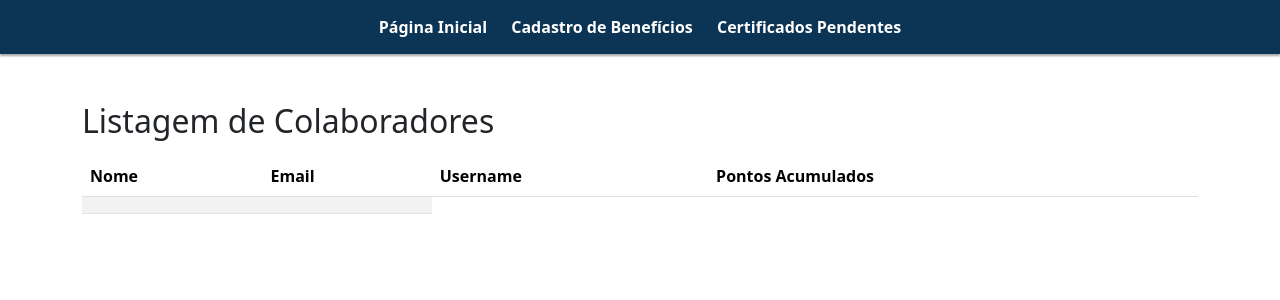
Repository: mumuryllo/ProjetoZupPointsCatalisa5
Page: ZuPointsCatalisa5 Front-End/gestor.html
An editor plug-in stored every save of this project. The page is shown before and after the next save, followed by the edit.
The browser window is 1280 px wide. The pictures show the whole page.
The page's requests for data from a server got no answer.

Above is the page before, as saved 2023-10-12 18:04:20.

### ZuPointsCatalisa5 Front-End/gestor.html
<!DOCTYPE html>
<html lang="en">
<head>
    <meta charset="UTF-8">
    <meta name="viewport" content="width=device-width, initial-scale=1.0">
    <title>Gestor</title>

    <link rel="stylesheet" href="style/nav-bar.css">

    <link href="https://cdn.jsdelivr.net/npm/bootstrap@5.3.2/dist/css/bootstrap.min.css" rel="stylesheet"
    integrity="sha384-T3c6CoIi6uLrA9TneNEoa7RxnatzjcDSCmG1MXxSR1GAsXEV/Dwwykc2MPK8M2HN" crossorigin="anonymous">


</head>
<body>

    <nav>
        <a href="index.html">Página Inicial</a>
        <a href="cadastro.html">Cadastro de Benefícios</a>

        <a href="listagem_certficados_gestor.html">Certificados Pendentes</a>
    </nav>


<div class="container mt-5">
    <h2>Listagem de Colaboradores</h2>

    <table class="table table-striped mt-3">
        <thead>
            <tr>
                <th>Nome</th>
                <th>Email</th>
                <th>Username</th>
                <th>Pontos Acumulados</th>
            </tr>
        </thead>
        <tbody>
            <!-- Exemplo de linha -->
            <tr>
                <td> </td>
                <tdcom</td>
                <td></td>
            </tr>
        </tbody>
    </table>
</div>

<script src="https://cdn.jsdelivr.net/npm/bootstrap@5.3.2/dist/js/bootstrap.bundle.min.js" integrity="sha384-C6RzsynM9kWDrMNeT87bh95OGNyZPhcTNXj1NW7RuBCsyN/o0jlpcV8Qyq46cDfL" crossorigin="anonymous"></script>
<script src="./js/listarInfoColaboradoresGestor.js"></script>
</body>

</html>

### ZuPointsCatalisa5 Front-End/style/nav-bar.css
:root {
    --cor0: #0e1a33;
    --cor1: #061b2c;
    --cor2: #0c3455;
    --cor3: #8dc63F;
    --cor4: #40ba84;
    --cor5: #ef4123;
    --cor6: #f7941e;
    --cor7: #909090;
    --cor8: #ffffff;

    --fonte-padrao: Arial, Verdana, Helvetica, sans-serif;
    --fonte-destaque: 'Bebas Neue', cursive;
}

header {
    background-image: linear-gradient(to bottom, var(--cor0), var(--cor2));
    text-align: center;
    min-height: 150px;
    padding-top: 30px;
}

header>h1 {
    color: var(--cor8);
    font-weight: normal;
    font-size: 3em;
    margin-bottom: 20px;
    text-shadow: 2px 2px 0 rgba(0, 0, 0, 0.466);
}

header>p {
    color: var(--cor8);
    font-size: 1.2em;
    padding-left: 10px;
    padding-right: 10px;
    margin: auto;
    padding-bottom: 20px;
    text-shadow: 2px 2px 0 rgba(0, 0, 0, 0.466);
}

nav {
    background-color: var(--cor2);
    padding: 15px;
    box-shadow: 0px 2px 2px #0000005b;
    text-align: center;
    margin-bottom: 10px;
}

nav a {
    color: var(--cor8);
    padding: 10px;
    text-decoration: none;
    font-weight: bold;
    transition-duration: 0.5s;
}

nav a:hover {
    border-bottom: 5px solid var(--cor3);
    padding-bottom: 2px;
    text-decoration: none;/
}

### ZuPointsCatalisa5 Front-End/js/listarInfoColaboradoresGestor.js
document.addEventListener("DOMContentLoaded", function () {
    function fetchColaboradorData() {
        const url = `http://localhost:8080/colaboradores`;
        const token =  localStorage.getItem('token');

        fetch(url, {
            headers: {
                'Authorization': `Bearer ${token}`
            }
        })
            .then(response => {
                if (!response.ok) {
                    throw new Error(`Erro na requisição: ${response.status} - ${response.statusText}`);
                }
                return response.json();
            })
            .then(data => {
                document.getElementById('nomeColaborador').textContent = data.nome;
                document.getElementById('emailColaborador').textContent = data.username;
                document.getElementById('pontosAcumulados').textContent = data.pontosAcumulados;
            })
            .catch(error => {
                console.error('Erro na requisição:', error);
            });
    }

    fetchColaboradorData();
});

After the next save:
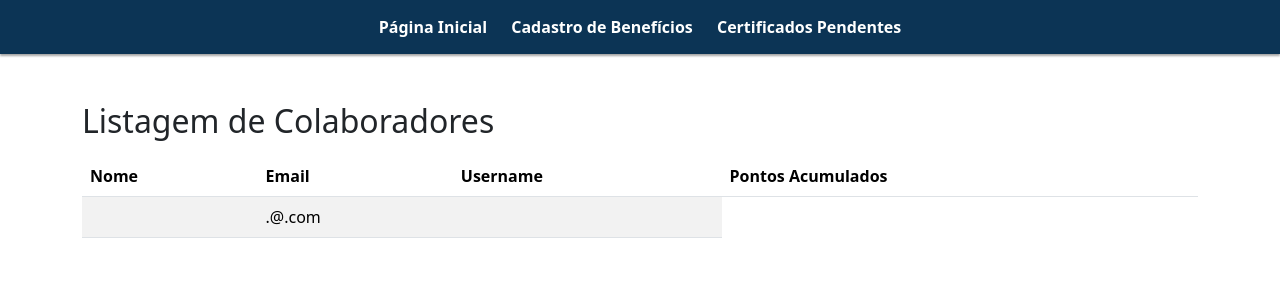
Saved 1 s later.
--- a/ZuPointsCatalisa5 Front-End/gestor.html
+++ b/ZuPointsCatalisa5 Front-End/gestor.html
@@ -38,7 +38,7 @@
             <!-- Exemplo de linha -->
             <tr>
                 <td> </td>
-                <tdcom</td>
+                <td>.@.com</td>
                 <td></td>
             </tr>
         </tbody>
